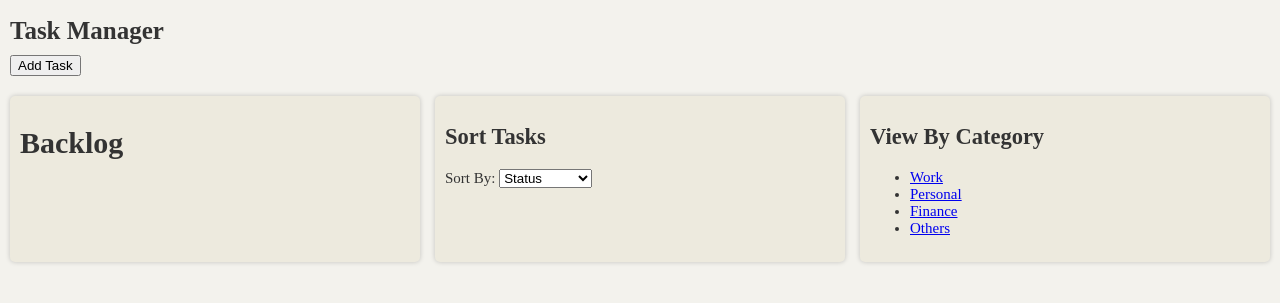
Repository: n-shen/task-tracker
Page: / (app in frontend/)
The author's editor kept a copy of each file at every save. The page is drawn from the files as they stood at one save, then again after the next save.
The browser window is 1280 px wide. The pictures show the whole page.
The project was rebuilt for these pictures with package versions that can differ from the ones it lists, and the page was loaded fresh each time. Also part of the build but not shown: frontend/src/components/taskManager/addTask.jsx, frontend/src/components/tasks/task.jsx, frontend/src/components/taskManager/categoryTasks.jsx. Imported but missing from the stored project, and not drawn on this page: frontend/src/reportWebVitals.

Above is the page before, as saved 2023-04-20 13:25:08.

After the next save:
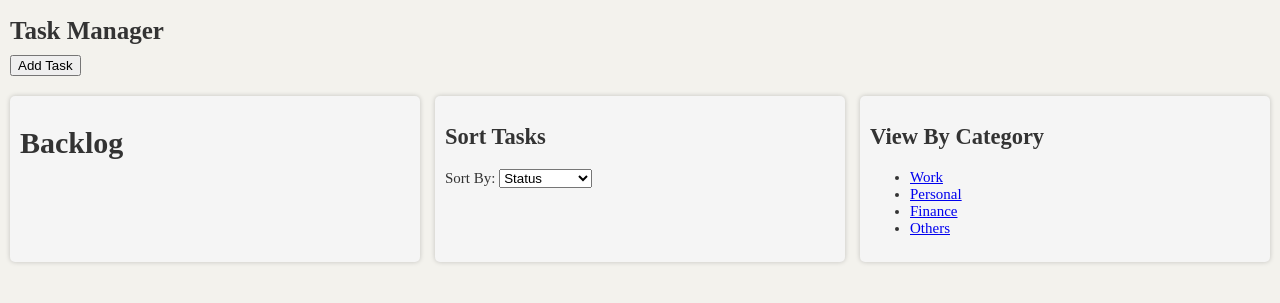
Saved 22 s later.
--- a/frontend/src/styles/manager.css
+++ b/frontend/src/styles/manager.css
@@ -29,7 +29,7 @@
 }
 
 .taskManager--grid > div {
-    background-color: 	#EDEADE;
+    background-color: 	#F5F5F5;
     border-radius: 0.5rem;
     padding: 1rem;
     box-shadow: 0 0 0.5rem rgba(0, 0, 0, 0.2);
